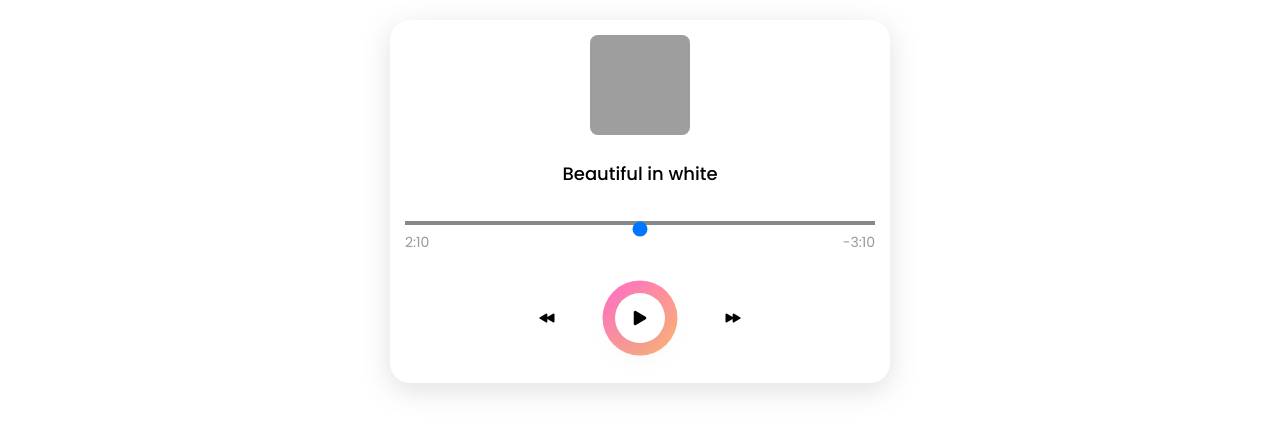
Repository: quyenpv10/mp3__music
Page: index.html
An editor plug-in stored every save of this project. The page is shown before and after the next save, followed by the edit.
The browser window is 1280 px wide. The pictures show the whole page.
Pictures or frames that could not be fetched are drawn as grey boxes.

Above is the page before, as saved 2021-12-10 20:23:32.

After the next save:
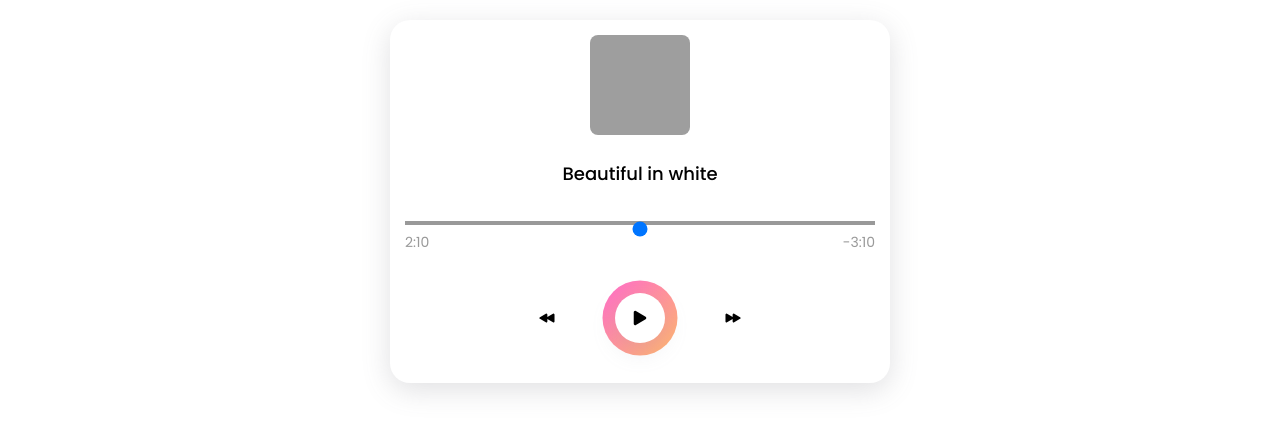
Saved 5 s later.
--- a/app.css
+++ b/app.css
@@ -132,5 +132,5 @@ body {
 .range::-webkit-slider-runnable-track {
     width: 100%;
     height: 4px;
-    background-color: #888;
+    background-color: #999;
 }
